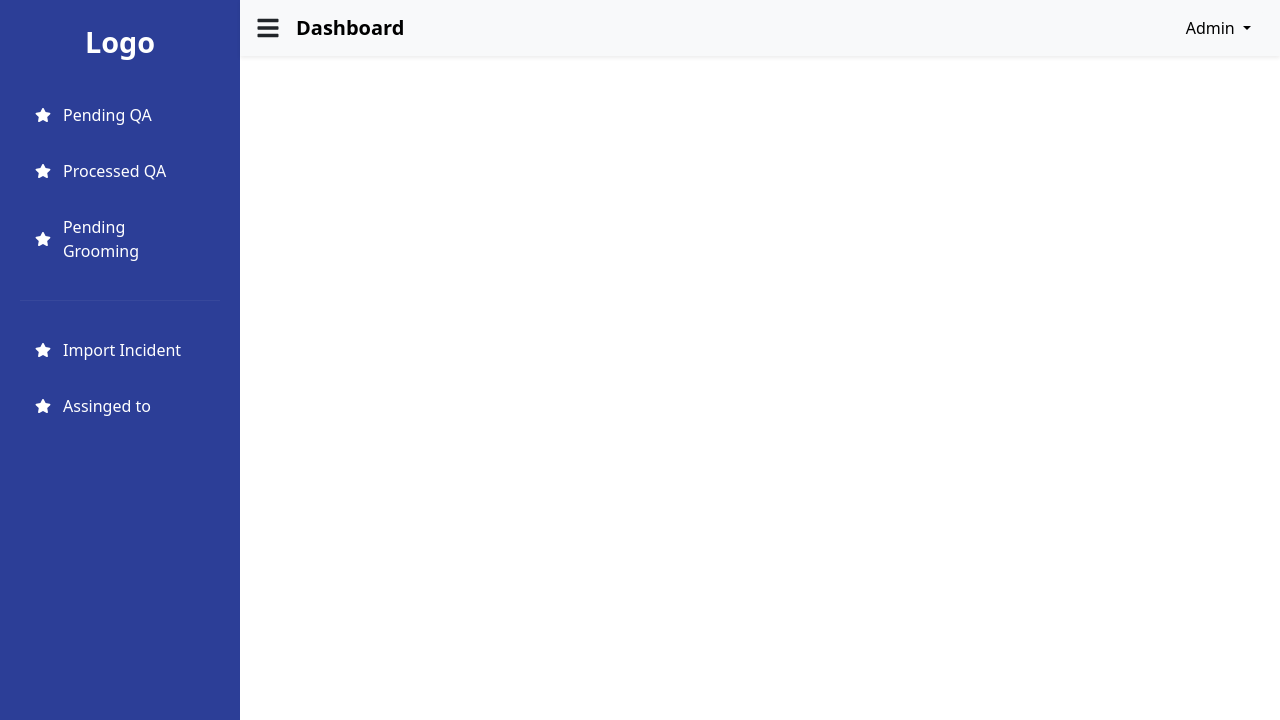
Repository: ArunGOW/ServiceNow_QA-audit
Page: /dashboard
An editor plug-in stored every save of this project. The page is shown before and after the next save, followed by the edit.
The browser window is 1280 px wide. The pictures show the whole page.
The project was rebuilt for these pictures with package versions that can differ from the ones it lists, and the page was loaded fresh each time. Also part of the build but not shown: vite.config.js, src/components/Login.jsx, src/components/layout/Topbar.css, src/components/tables/PendingQATable.jsx, src/components/CustomButton.jsx, src/components/PaginationControls.jsx, src/pages/PendingQAPage.jsx, src/components/tables/ProcessedQATable.jsx and 3 more.

Above is the page before, as saved 2025-09-09 16:56:29.

After the next save:
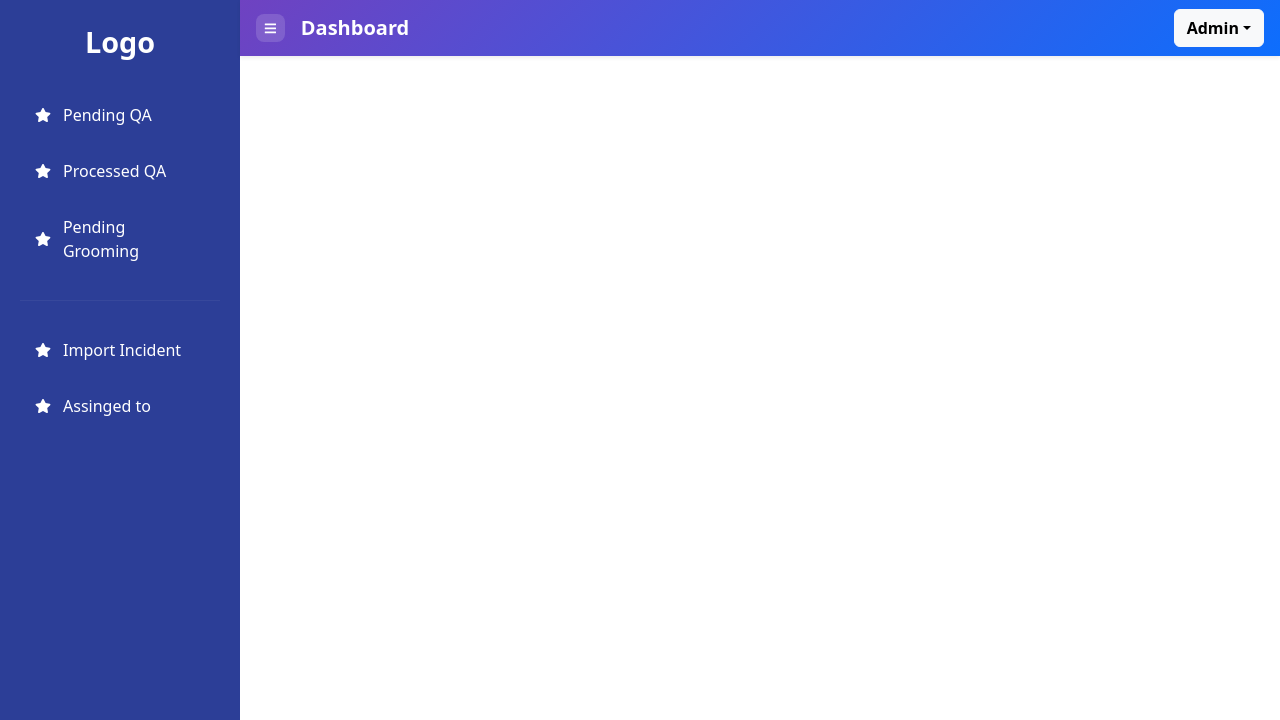
Saved 82 min 53 s later.
--- a/src/components/layout/Topbar.jsx
+++ b/src/components/layout/Topbar.jsx
@@ -1,63 +1,56 @@
-// // src/components/layout/Topbar.jsx
-// import { Navbar, Nav, Dropdown } from "react-bootstrap";
-// import { FaBars } from "react-icons/fa";
-
-
-// const Topbar = ({ onToggleSidebar }) => {
-//   return (
-//     <Navbar bg="light" expand="lg" className="shadow-sm px-3">
-//       <FaBars
-//         className="me-3"
-//         style={{ cursor: "pointer", fontSize: "1.5rem" }}
-//         onClick={onToggleSidebar}
-//       />
-//       <Navbar.Brand className="fw-bold">Dashboard</Navbar.Brand>
-//       <Nav className="ms-auto">
-//         <Dropdown align="end">
-//           <Dropdown.Toggle variant="light" id="dropdown-basic">
-//             Admin
-//           </Dropdown.Toggle>
-//           <Dropdown.Menu>
-//             <Dropdown.Item>Profile</Dropdown.Item>
-//             <Dropdown.Item>Logout</Dropdown.Item>
-//           </Dropdown.Menu>
-//         </Dropdown>
-//       </Nav>
-//     </Navbar>
-//   );
-// };
-
-// export default Topbar;
-
-
  // src/components/layout/Topbar.jsx
 import { Navbar, Nav, Dropdown } from "react-bootstrap";
 import { FaBars } from "react-icons/fa";
-import { useAuth } from "../../context/AuthContext";   // ✅ import hook
+import { useAuth } from "../../context/AuthContext";
 import { useNavigate } from "react-router-dom";
-import './Topbar.css'
 
 const Topbar = ({ onToggleSidebar }) => {
-  const { logout, user } = useAuth();  // ✅ get user + logout
+  const { logout } = useAuth();
   const navigate = useNavigate();
 
   const handleLogout = () => {
-    logout();            // clear user + localStorage
-    navigate("/login");  // redirect to login page
+    logout();
+    navigate("/");
   };
 
   return (
-    <Navbar bg="light" expand="lg" className="shadow-sm px-3">
+    <Navbar
+      expand="lg"
+      className="shadow-sm px-3"
+      style={{
+        background: "linear-gradient(135deg, #6f42c1, #0d6efd)", // MopUp purple-blue gradient
+      }}
+    >
+      {/* Sidebar Toggle Button */}
       <FaBars
-        className="me-3"
-        style={{ cursor: "pointer", fontSize: "1.5rem" }}
+        className="me-3 text-white"
+        style={{
+          cursor: "pointer",
+          fontSize: "1.8rem",
+          padding: "8px",
+          borderRadius: "8px",
+          background: "rgba(255, 255, 255, 0.15)",
+          transition: "0.3s",
+        }}
         onClick={onToggleSidebar}
+        onMouseEnter={(e) =>
+          (e.currentTarget.style.background = "rgba(255, 255, 255, 0.3)")
+        }
+        onMouseLeave={(e) =>
+          (e.currentTarget.style.background = "rgba(255, 255, 255, 0.15)")
+        }
       />
-      <Navbar.Brand className="fw-bold">Dashboard</Navbar.Brand>
+
+      <Navbar.Brand className="fw-bold text-white">Dashboard</Navbar.Brand>
+
       <Nav className="ms-auto">
         <Dropdown align="end">
-          <Dropdown.Toggle variant="light" id="dropdown-basic">
-            {user?.name || "Admin"}  {/* ✅ show logged-in user name */}
+          <Dropdown.Toggle
+            variant="light"
+            id="dropdown-basic"
+            className="fw-semibold"
+          >
+            Admin
           </Dropdown.Toggle>
           <Dropdown.Menu>
             <Dropdown.Item>Profile</Dropdown.Item>
